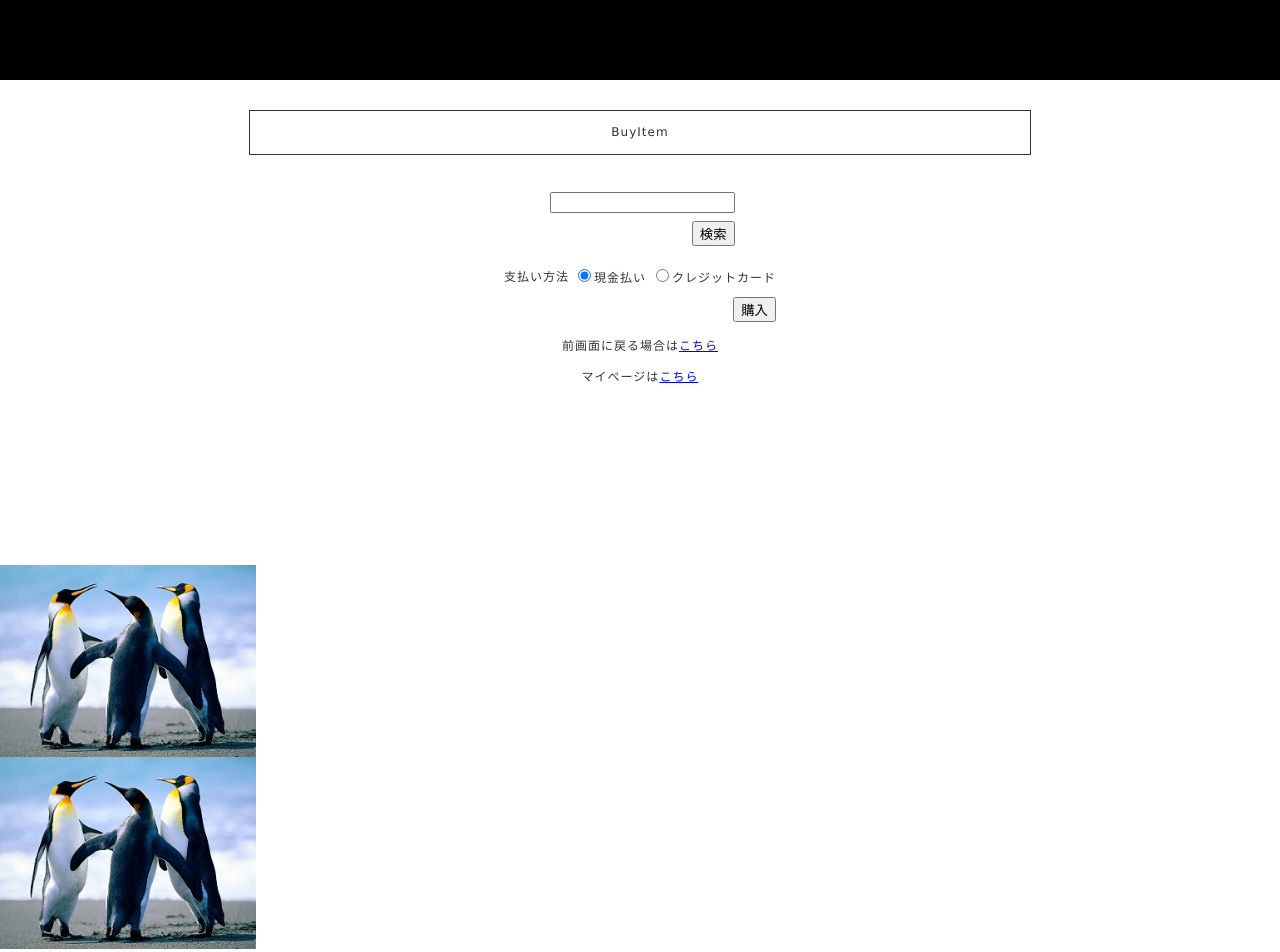
Repository: kanav0208/test
Page: http://localhost/ecsite/buyItem.jsp
The author's editor kept a copy of each file at every save. The page is drawn from the files as they stood at one save, then again after the next save.
The browser window is 1280 px wide. The pictures show the part of the page from y = 0 to 952 px (the page is 2490 px tall).
The page is served by Tomcat 9. Other server files are loaded and not shown.

Above is the page before, as saved 2018-02-27 06:30:56.

### ecsite/WebContent/buyItem.jsp
<%@ page language="java" contentType="text/html; charset=UTF-8"
	pageEncoding="UTF-8"%>
<%@ taglib prefix="s" uri="/struts-tags"%>

<!DOCTYPE html>
<html>
<head>
	<meta charset="utf-8">
	<meta http-equiv="Content-Type" content="text/html; charset=utf-8" />
	<meta http-equiv="Content-Style-Type" content="text/css" />
	<meta http-equiv="Content-Script-Type" content="text/javascript" />
	<meta http-equiv="imagetoolbar" content="no" />
	<meta name="description" content="" />
	<meta name="keywords" content="" />
	<meta charset="utf-8">
	<title>BuyItem画面</title>
	<style type="text/css">
	/* ========TAG LAYOUT======== */
		body {
		   margin:0;
		   padding:0;
		   line-height:1.6;
		   letter-spacing:1px;
		   font-family:Verdana, Helvetica, sans-serif;
		   font-size:12px;
		   color:#333;
		   background:#fff;
		}



		table {
			text-align:center;
			margin:0 auto;
		}

	/* ========ID LAYOUT======== */
		#top {
		   width:780px;
		   margin:30px auto;
		   border:1px solid #333;
		}

		#header {
		   width: 100%;
		   height: 80px;
		   background-color: black;
		}



		#main {
		   width: 100%;
		   height: 2300px;
		   text-align: center;
		}

		#footer {
			width: 100%;
			height: 80px;
			background-color: black;
			clear:both;
		}

		.buttons{

    display: block;
    position: absolute;

    width: 20%;

    bottom: 60px;

    z-index: 4;

    text-align:left;

    height:95px;

}
.buttons a{
    /* ここで改行される */
    inline-block;

    position: relative;

    /* ここで中央寄せ */
    margin: 0 auto;

    width: 30%;
    max-width: 400px;
    min-width: 200px;
    padding-top: 20px;

}
.buttons img{
    display: block;

    width: 100%;
    max-width: 400px;
    min-width: 200px;

    /*border-radius: 10px;*/
}

	</style>
</head>
<body>
	<div class="buttons">
       <a href=""><img src="./image/Penguins.jpg"/></a>
       <a href=""><img src="./image/Penguins.jpg"/></a>
</div>
	<div id="header">
	 	<div id="pr">
		</div>
	</div>
	<div id="main">
		<div id="top">
			<p>BuyItem</p>
		</div>
		<div>
		<s:form action="ItemSearchAction">

			<tr>
				<td>
					<s:textfield name="searchWord" value=""/>
				</td>
				<td>
					<s:submit value="検索"/>
				</td>
			</tr>

		</s:form>

		<s:if test="message != ''">
			<h3><s:property value="message" escape="false"/></h3>
		</s:if>

		<s:form action="BuyItemAction">
			<table>
				<s:iterator value="buyItemDTOList">

				<tr>
					<td>
						<h3><s:property value="itemName"/></h3>
					</td>
				</tr>



				<tr>
					<td>
						<span>値段</span>
					</td>
					<td>
						<s:property value="itemPrice" /><span>円</span>
					</td>
				</tr>
				<tr>
					<td>
						<span>在庫</span>
					</td>
					<td>
					<s:if test="item_stock>0">
						<s:property value="item_stock"/>
					</s:if>
					<s:else>
						<span>品切れ</span>
					</s:else>
					</td>
				</tr>

				<tr>
					<td>
						<span>購入個数</span>
					</td>
					<td>
					<s:if test="item_stock>0">
						<select name="count">
							<option value="0" selected="selected">0</option>
							<option value="1">1</option>
							<option value="2">2</option>
							<option value="3">3</option>
							<option value="4">4</option>
							<option value="5">5</option>
						</select>
					</s:if>
					<s:else>
						<select name="count">
							<option value="0" selected="selected">0</option>
						</select>
					</s:else>
					</td>
				</tr>
				<tr>
					<td>
						<br>
					</td>
				</tr>
				</s:iterator>
				<tr>

					<td>
						<span>支払い方法</span>
					</td>
					<td>
						<input type="radio" name="pay" value="1" checked="checked">現金払い
						<input type="radio" name="pay" value="2">クレジットカード
					</td>
				</tr>

				<tr>
					<td>
						<s:submit value="購入"/>
					</td>
				</tr>

			</table>
		</s:form>

			<div>
				<p>前画面に戻る場合は<a href='<s:url action="GoHomeAction" />'>こちら</a></p>
				<p>マイぺージは<a href='<s:url action="MyPageAction" />'>こちら</a></p>
			</div>
		</div>
	</div>
	<div id="footer">
	 	<div id="pr">
		</div>
	</div>
</body>
</html>

After the next save:
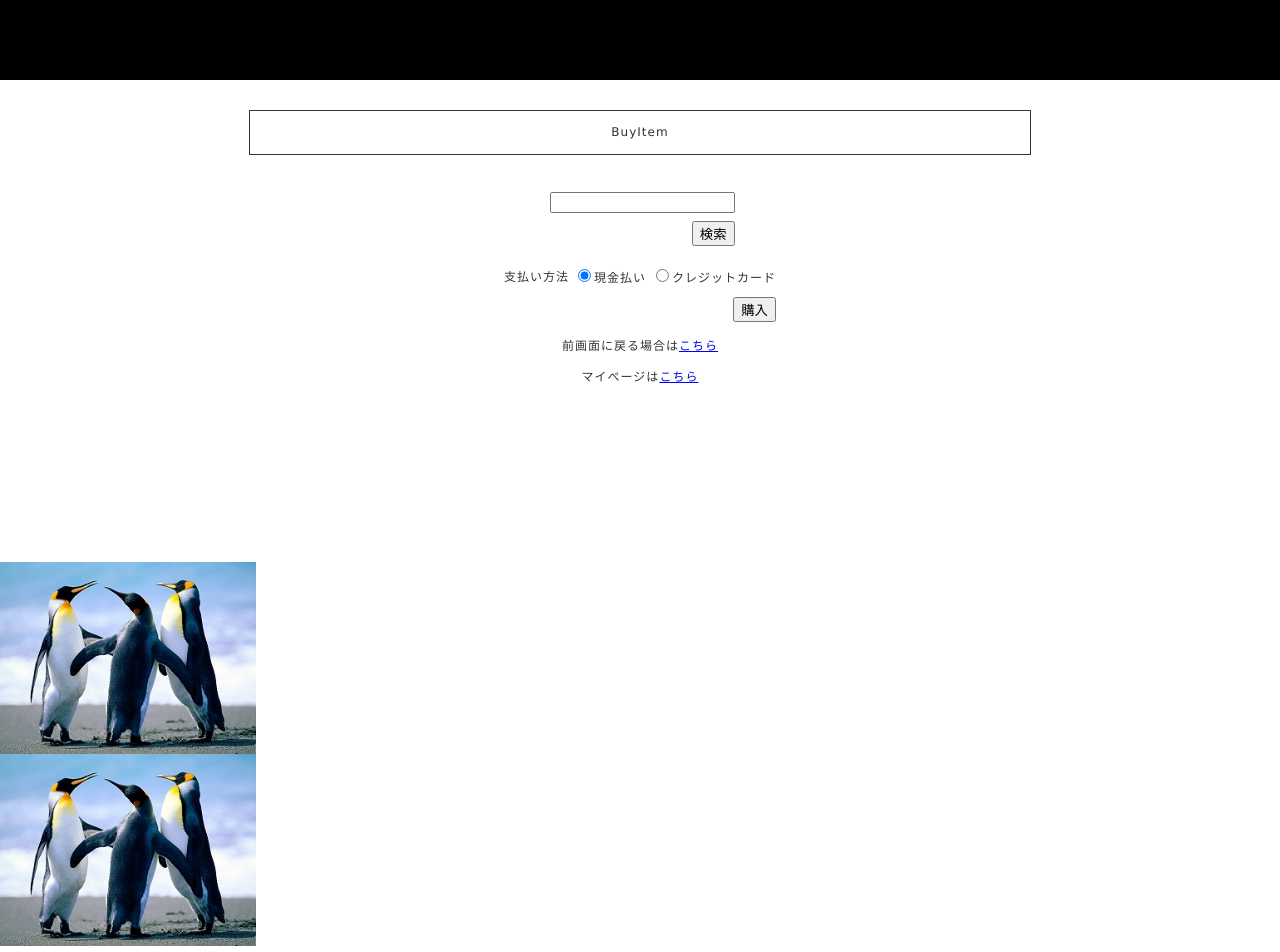
Saved 12 s later.
--- a/ecsite/WebContent/buyItem.jsp
+++ b/ecsite/WebContent/buyItem.jsp
@@ -75,7 +75,7 @@
 
     text-align:left;
 
-    height:95px;
+    height:98px;
 
 }
 .buttons a{
